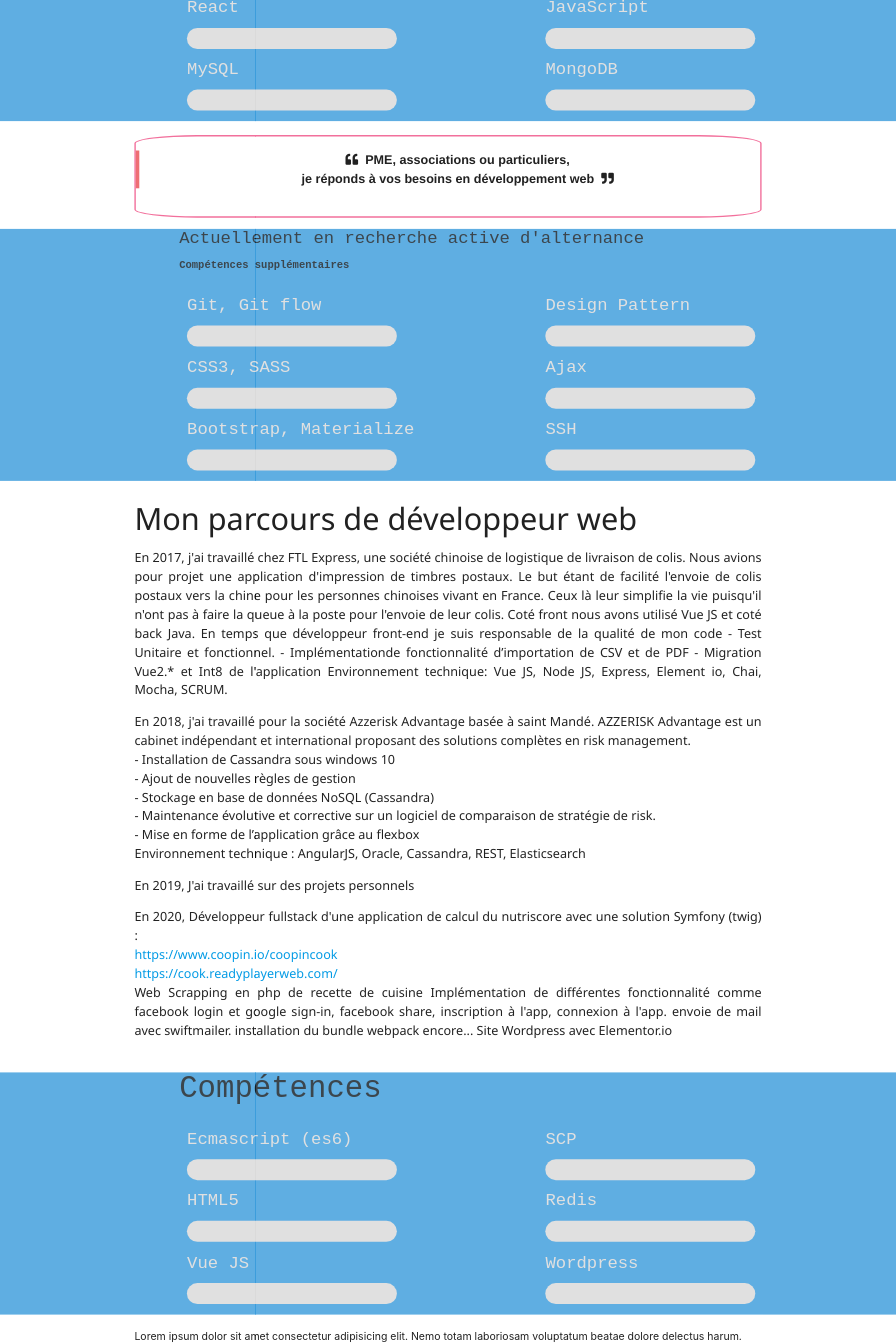
Repository: duncanidaho14/elhad
Page: index.html
The author's editor kept a copy of each file at every save. The page is drawn from the files as they stood at one save, then again after the next save.
The browser window is 1280 px wide. The pictures show the part of the page from y = 2380 to 4300 px (the page is 5838 px tall), at 70% of full size.

Above is the page before, as saved 2020-10-26 02:11:41.

After the next save:
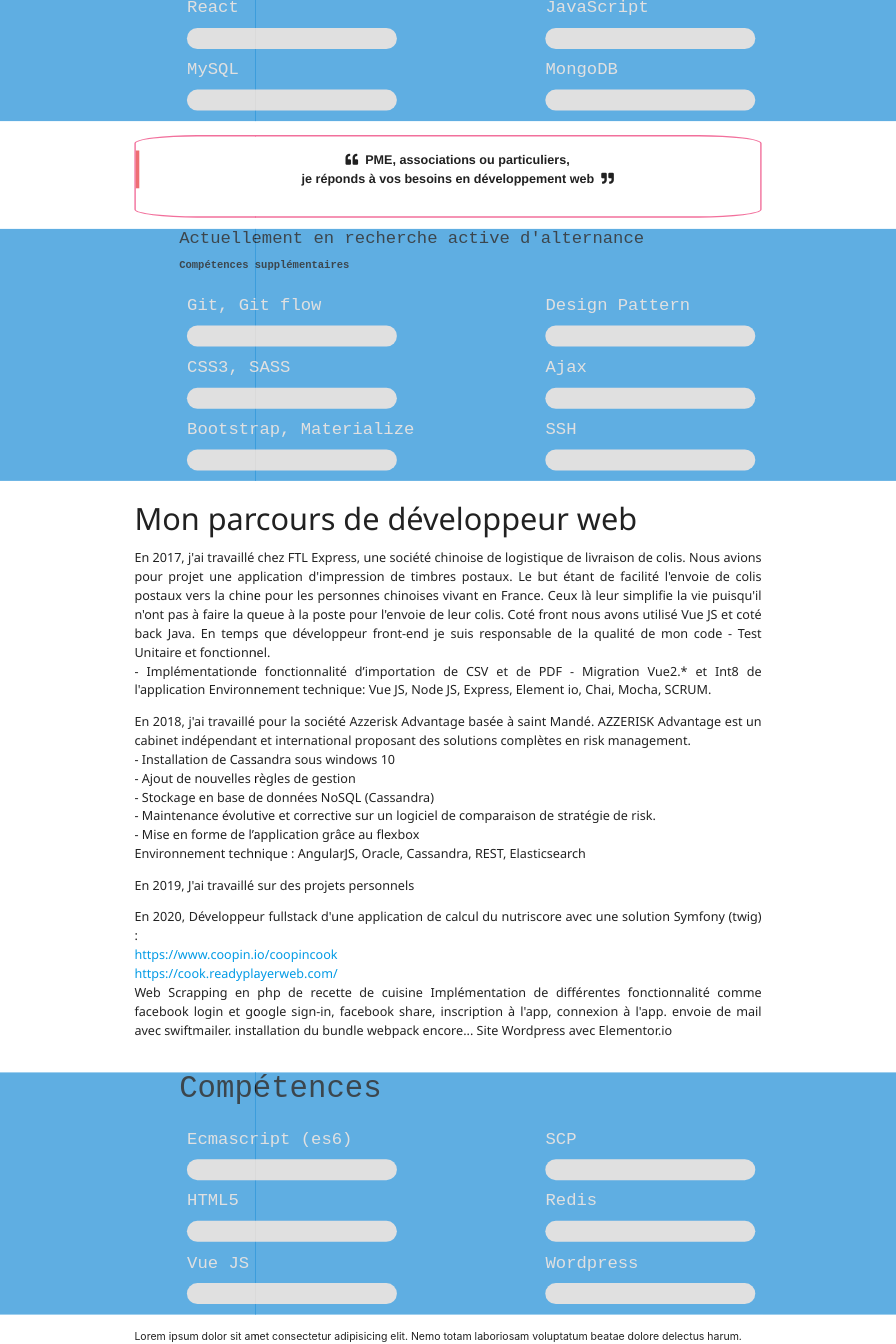
Saved 27 s later.
--- a/index.html
+++ b/index.html
@@ -212,7 +212,7 @@
                 Le but étant de facilité l'envoie de colis postaux vers la chine pour les personnes chinoises vivant en France. Ceux là leur simplifie  la vie puisqu'il n'ont pas
                 à faire la queue à la poste pour l'envoie de leur colis.
                 Coté front nous avons utilisé Vue JS et coté back Java. En temps que développeur front-end je suis responsable de la qualité de mon code
-                - Test Unitaire et fonctionnel.
+                - Test Unitaire et fonctionnel.<br>
                 - Implémentationde fonctionnalité d’importation de CSV
                 et de PDF
                 - Migration Vue2.* et Int8 de l'application
